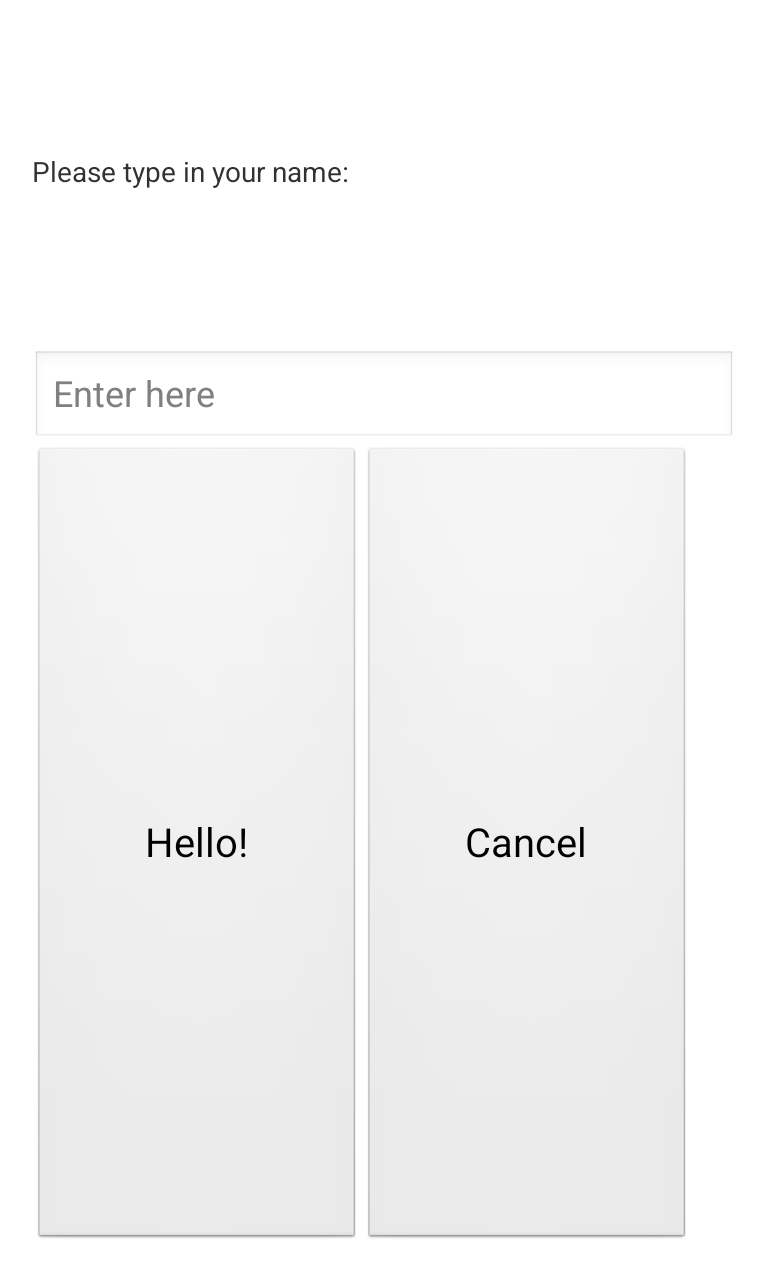
Repository: echolomaniac/HelloWorld
Layout: HelloWorld/res/layout/fragment_main.xml
The author's editor kept a copy of each file at every save. The layout is drawn from the files as they stood at one save, then again after the next save.
It is drawn on a 768 x 1280 px phone screen (xhdpi) without system bars, with theme android:Theme.Light.NoTitleBar; the app's code is not run.

Above is the layout before, as saved 2014-05-06 06:32:59.

After the next save:
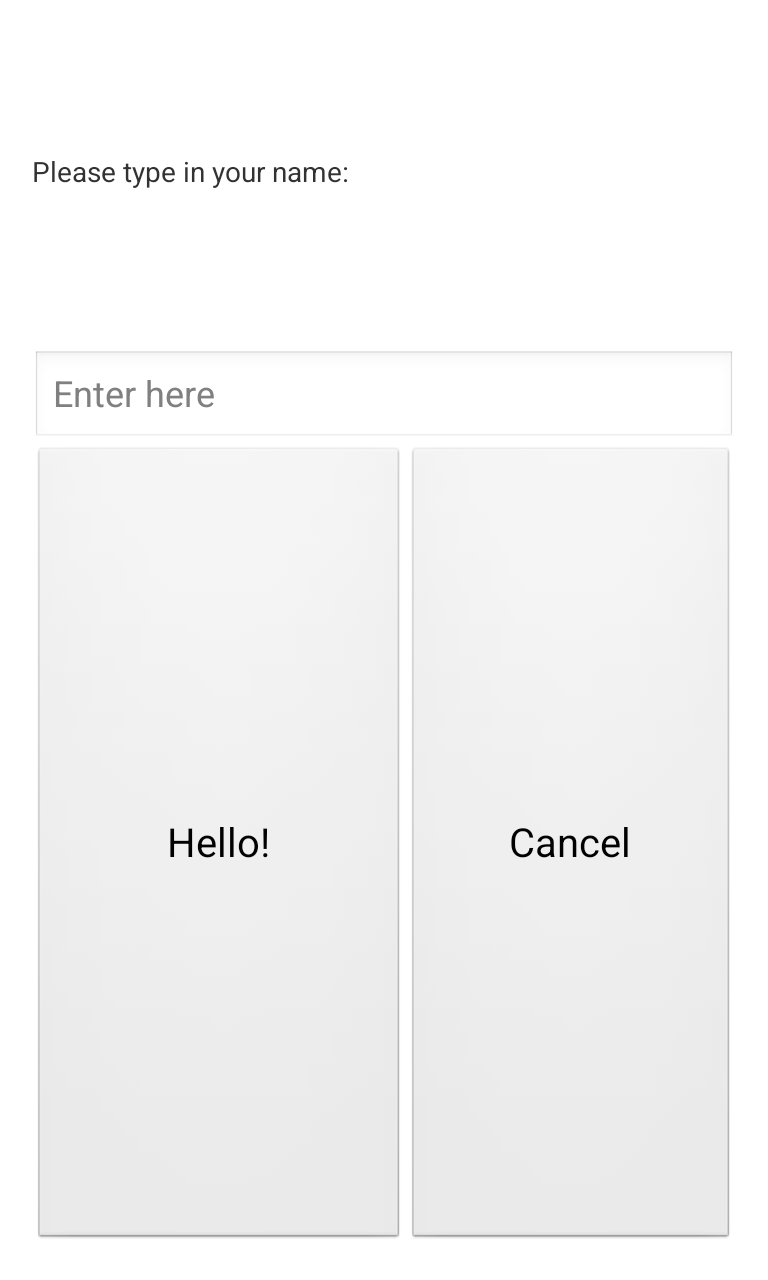
Saved 18 min 55 s later.
--- a/HelloWorld/res/layout/fragment_main.xml
+++ b/HelloWorld/res/layout/fragment_main.xml
@@ -37,8 +37,9 @@
 
             <Button
                 android:id="@+id/button1"
-                android:layout_width="165dp"
+                android:layout_width="0dp"
                 android:layout_height="match_parent"
+                android:layout_weight="3"
                 android:text="@string/hello_button"
                 android:textSize="20sp"
                 android:onClick="onHelloPressed"/>
